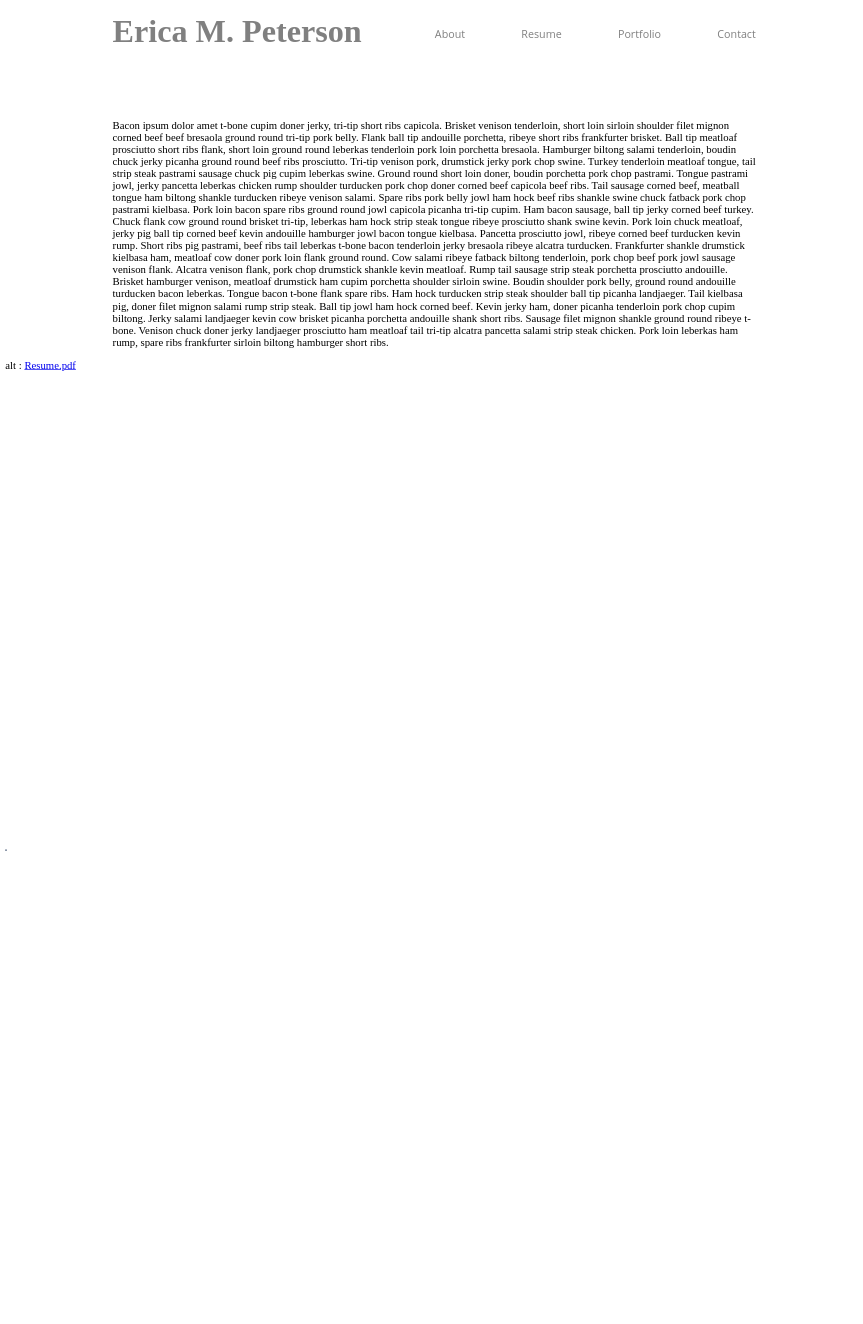
Repository: 255AM/erica
Page: about.html
The author's editor kept a record of every edit. The page is drawn from the files as they stood at one moment, then again after the next edit.
The browser window is 1280 px wide. The page is 1288 px wide, so the pictures cover 1288 px, including what lies to the right of the window. The pictures show the whole page, at 67% of full size.
Some web libraries are served in a nearby version.

Above is the page before.

### about.html
<!DOCTYPE html>
<html>

<head>
    <title> Erica.M.Peterson </title>
    <link rel="stylesheet" type="text/css" href="css/style.css">
    <meta name="viewport" content="initial-scale=1">
</head>

<body>

    <header>
        <a href="index.html"><h1>Erica M. Peterson</h1></a>
            <nav>
                <ul>
                   <a href="about.html"><li>About</li></a>
                    <a href="resume.html"><li>Resume</li></a>
                    <a href="portfolio.html"><li>Portfolio</li></a>
                    <a href="contact.html"><li>Contact</li></a>
                </ul>
            </nav>


    </header>



<!-- 4-paragraph of text about erica bottom 3rd of page spanning near entire width of page -->
    <p class="about"> Bacon ipsum dolor amet t-bone cupim doner jerky, tri-tip short ribs capicola. Brisket venison tenderloin, short loin sirloin shoulder filet mignon corned beef beef bresaola ground round tri-tip pork belly. Flank ball tip andouille porchetta, ribeye short ribs frankfurter brisket. Ball tip meatloaf prosciutto short ribs flank, short loin ground round leberkas tenderloin pork loin porchetta bresaola. Hamburger biltong salami tenderloin, boudin chuck jerky picanha ground round beef ribs prosciutto. Tri-tip venison pork, drumstick jerky pork chop swine. Turkey tenderloin meatloaf tongue, tail strip steak pastrami sausage chuck pig cupim leberkas swine.

Ground round short loin doner, boudin porchetta pork chop pastrami. Tongue pastrami jowl, jerky pancetta leberkas chicken rump shoulder turducken pork chop doner corned beef capicola beef ribs. Tail sausage corned beef, meatball tongue ham biltong shankle turducken ribeye venison salami. Spare ribs pork belly jowl ham hock beef ribs shankle swine chuck fatback pork chop pastrami kielbasa. Pork loin bacon spare ribs ground round jowl capicola picanha tri-tip cupim. Ham bacon sausage, ball tip jerky corned beef turkey. Chuck flank cow ground round brisket tri-tip, leberkas ham hock strip steak tongue ribeye prosciutto shank swine kevin.

Pork loin chuck meatloaf, jerky pig ball tip corned beef kevin andouille hamburger jowl bacon tongue kielbasa. Pancetta prosciutto jowl, ribeye corned beef turducken kevin rump. Short ribs pig pastrami, beef ribs tail leberkas t-bone bacon tenderloin jerky bresaola ribeye alcatra turducken. Frankfurter shankle drumstick kielbasa ham, meatloaf cow doner pork loin flank ground round. Cow salami ribeye fatback biltong tenderloin, pork chop beef pork jowl sausage venison flank. Alcatra venison flank, pork chop drumstick shankle kevin meatloaf. Rump tail sausage strip steak porchetta prosciutto andouille.

Brisket hamburger venison, meatloaf drumstick ham cupim porchetta shoulder sirloin swine. Boudin shoulder pork belly, ground round andouille turducken bacon leberkas. Tongue bacon t-bone flank spare ribs. Ham hock turducken strip steak shoulder ball tip picanha landjaeger. Tail kielbasa pig, doner filet mignon salami rump strip steak. Ball tip jowl ham hock corned beef.

Kevin jerky ham, doner picanha tenderloin pork chop cupim biltong. Jerky salami landjaeger kevin cow brisket picanha porchetta andouille shank short ribs. Sausage filet mignon shankle ground round ribeye t-bone. Venison chuck doner jerky landjaeger prosciutto ham meatloaf tail tri-tip alcatra pancetta salami strip steak chicken. Pork loin leberkas ham rump, spare ribs frankfurter sirloin biltong hamburger short ribs.
    </p>

<div>
<object data="img/resume.pdf" type="application/pdf" width="100%" height="100%"> alt : <a href="resume.pdf">Resume.pdf</a></object>
</div>






<script src="http://code.jquery.com/jquery-1.11.0.min.js" type="text/javascript" charset="utf-8"></script>
<script src="app.js" type="text/javascript" charset="utf-8"></script>




</body>


</html>

### css/style.css
html{
    height:100%;
    width:100%;
}

header {
    position:relative;
    display:block;
    max-width:100%;
    height:8%;
    padding: 1rem 5rem;
    color:pink;
    overflow:hidden;
    background-color: white;
    text-align: center;
}
header h1 {
    line-height: 45px;
    font-size: 3rem;
    margin: 0;
    display: inline;
    float: left;
    color: gray;
    margin-left: 5rem;
}
nav {
    padding-left: 0;
    margin-bottom: 0;
    list-style: none;
    float:right;
}

nav  li {
    position:relative;
    display:inline-block;
    list-style-type: none;
    font-family: "Open Sans", "Droid Sans", Helvetica, Arial, sans-serif;
    color: gray;
    margin-right: 5rem;
}
nav li > a {
    position: relative;
    display: block;
    padding: 10px 15px;

}
nav > li > a:hover,
nav > li > a:focus {
    text-decoration: none;
    background-color: black

}

body {
    background-color: white;
    height:100%;
    width:100%;

}

img{

    margin-left:;
    margin-right: ;
    border:1px solid #021a40;
}

img.erica{
    display: block;
    margin-left: auto;
    margin-right: auto;
    margin-top: 5rem;
}

.quicksummary{
     display: block;
    margin-left: 10rem;
    margin-right: 10rem;
    margin-top: 5rem;
}

.about{
    display: block;
    margin-left: 10rem;
    margin-right: 10rem;
    margin-top: 5rem;
}

div {
    width:100%;
  height: 100%;
float:left;
position: relative;
overflow:;
}

.resume-link{
    color: black;
    text-decoration:underline;
}
.resume{
    background-color:gray;
}

.stories li a{
    text-decoration: none;
}

.contents{
	margin-left:08.5rem;
}





a.darken {
    display: inline-block;
    background: black;
    padding: 0;
}


a.darken span{
    display:none;
    position:absolute;
    top:0px; left:0px;
    float:left;
    color:white
}

a.darken img {
    display: block;

    -webkit-transition: all 0.5s linear;
       -moz-transition: all 0.5s linear;
        -ms-transition: all 0.5s linear;
         -o-transition: all 0.5s linear;
            transition: all 0.5s linear;
}

a.darken:hover img {
    opacity: 0.7;

}

### app.js
// link needs to open in a light box that cover all of screen

// 1-capture click event on link
var $overlay =$('<div id="overlay"></div>');
var $image = $("<img>");

$overlay.append($image)


$("body").append($overlay)
// 1.1-show overlay
// 1.2 update over lay with contents
$("#moreinfo a").click(function(event){
    event.preventDefault();
var imageLocation = $(this).attr("href");

    $image.attr("src", imageLocation);

    $overlay.show();
});


$overlay.click(function(){;
    $overlay.hide();
});

After the next edit:
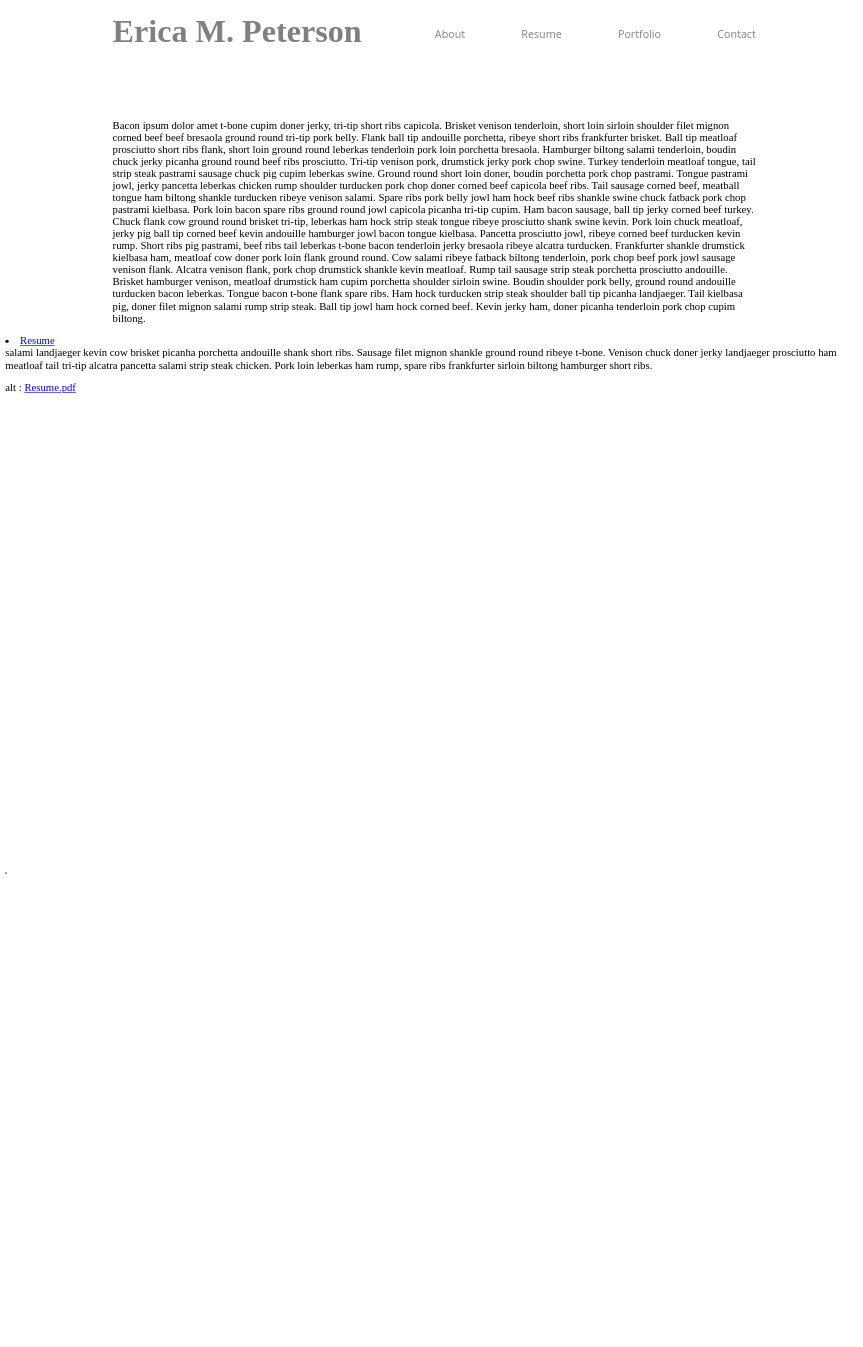
The edit:
--- a/about.html
+++ b/about.html
@@ -34,7 +34,7 @@
 
 Brisket hamburger venison, meatloaf drumstick ham cupim porchetta shoulder sirloin swine. Boudin shoulder pork belly, ground round andouille turducken bacon leberkas. Tongue bacon t-bone flank spare ribs. Ham hock turducken strip steak shoulder ball tip picanha landjaeger. Tail kielbasa pig, doner filet mignon salami rump strip steak. Ball tip jowl ham hock corned beef.
 
-Kevin jerky ham, doner picanha tenderloin pork chop cupim biltong. Jerky salami landjaeger kevin cow brisket picanha porchetta andouille shank short ribs. Sausage filet mignon shankle ground round ribeye t-bone. Venison chuck doner jerky landjaeger prosciutto ham meatloaf tail tri-tip alcatra pancetta salami strip steak chicken. Pork loin leberkas ham rump, spare ribs frankfurter sirloin biltong hamburger short ribs.
+Kevin jerky ham, doner picanha tenderloin pork chop cupim biltong. <a href="resume.html"><li>Resume</li></a> salami landjaeger kevin cow brisket picanha porchetta andouille shank short ribs. Sausage filet mignon shankle ground round ribeye t-bone. Venison chuck doner jerky landjaeger prosciutto ham meatloaf tail tri-tip alcatra pancetta salami strip steak chicken. Pork loin leberkas ham rump, spare ribs frankfurter sirloin biltong hamburger short ribs.
     </p>
 
 <div>
